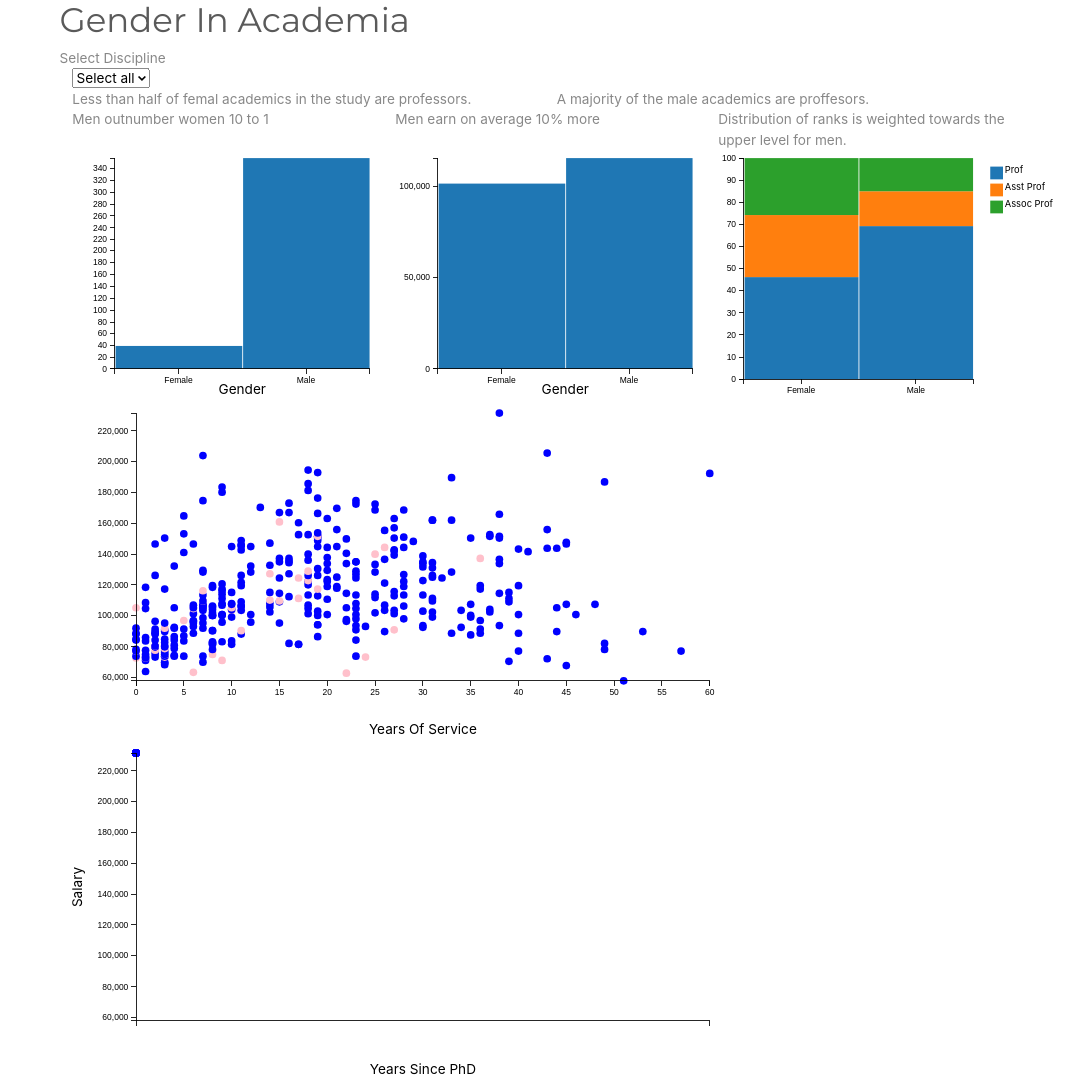
Repository: luke0han/dashboard-project
Page: index.html
The author's editor kept a record of every edit. The page is drawn from the files as they stood at one moment, then again after the next edit.
The browser window is 1280 px wide. The pictures show the whole page, at 85% of full size.

Above is the page before.

### index.html
<!DOCTYPE html>
<html lang="en">

<head>
    <meta charset="UTF-8">
    <meta name="viewport" content="width=device-width, initial-scale=1.0">
    <meta http-equiv="X-UA-Compatible" content="ie=edge">
    <title>Gender In Academia</title>

    <link rel="stylesheet" href="static/css/bootstrap.min.css" type="text/css" />
    <link rel="stylesheet" href="static/css/dc.min.css" />
    <link rel="stylesheet" href="static/css/style.css" type="text/css" />

    <script type="text/javascript" src="static/js/d3.min.js"></script>
    <script type="text/javascript" src="static/js/crossfilter.min.js"></script>
    <script type="text/javascript" src="static/js/dc.min.js"></script>
    <script type="text/javascript" src="static/js/queue.min.js"></script>
    <script type="text/javascript" src="static/js/graph.js"></script>

</head>

<body>
    <div class="container">

        <div class="row">
            <h1>Gender In Academia</h1>
        </div>

        <div class="row">
            <div class="col-md-offset-5">Select Discipline</div>
        </div>

        <div class="row">
            <div class="col-md-offset-5" id="discipline-selector"></div>
        </div>

        <div class="row">
            <div class="col-md-6 number-box" id="percent-of-women-professors"></div>
            <div class="col-md-6 number-box" id="percent-of-men-professors"></div>
        </div>

        <div class="row">
            <div class="col-md-6">Less than half of femal academics in the study are professors.</div>
            <div class="col-md-6">A majority of the male academics are proffesors.</div>
        </div>

        <div class="row">
            <div class="col-md-4">Men outnumber women 10 to 1</div>
            <div class="col-md-4">Men earn on average 10% more</div>
            <div class="col-md-4">Distribution of ranks is weighted towards the upper level for men.</div>
        </div>
        <div class="row">
            <div class="col-md-4" id="gender-balance"></div>
            <div class="col-md-4" id="average-salary"></div>
            <div class="col-md-4" id="rank-distribution"></div>
        </div>


        <div id="service-salary"></div>

        <div id="phd-salary"></div>
    </div>

</body>

</html>

### static/css/style.css
.navbar-default {
	background-image: none;
	margin-bottom: 0;
}

.section-heading, #discipline-selector {
	display: inline-block;
	float: none;
	margin: 0;
}

.section-heading {
	margin-bottom: 50px;
}

#discipline-selector {
	margin-left: 15px;
}

.number-box {
	margin-right: 75px;
}

.number-box, .fa.fa-gender {
    font-size: 30px;
    font-weight: 500;
}

.fa-gender {
	margin-right: 10px;
}

.custom-chart {
	margin-bottom: 40px;
}

.section {
	border-bottom: 1px solid #e6e6e6;
	padding: 30px 0;
}

.section-paragraph {
	line-height: 1.2;
}

### static/js/graph.js
queue()
    .defer(d3.csv, "data/Salaries.csv")
    .await(makeGraphs);

function makeGraphs(error, salaryData) {
    var ndx = crossfilter(salaryData);

    salaryData.forEach(function(d){
        d.salary = parseInt(d.salary);
        d.yrs_since_phd = parseInt(d["yrs.service.phd"]);
        d.yrs_service = parseInt(d["yrs.service"]);
    })

    show_discipline_selector(ndx);

    show_percent_that_are_professors(ndx, "Female", "#percentage-of-women-prefessors");
    show_percent_that_are_professors(ndx, "Male", "#percentage-of-men-prefessors");

    show_gender_balance(ndx);
    show_average_salary(ndx);
    show_rank_distribution(ndx);
    show_phd_to_salary_correlation(ndx);
    show_service_to_salary_correlation(ndx);

    dc.renderAll();

}

function show_discipline_selector(ndx) {
    var dim = ndx.dimension(dc.pluck('discipline'));
    var group = dim.group();

    dc.selectMenu("#discipline-selector")
        .dimension(dim)
        .group(group);

}

function show_percent_that_are_professors(ndx, gender, element) {
    var percentageThatAreProf = ndx.groupAll().reduce(
        function(p, v) {
            if (v.sex === gender) {
                p.count++;
                if(v.rank === "Prof") {
                    p.are_prof++;
                }
            }
            return p;
        },
        function(p, v) {
            if (v.sex === gender) {
                p.count--;
                if(v.rank === "Prof") {
                    p.are_prof--;
                }
            }
            return p;
        },
        function() {
            return {count: 0, are_prof: 0};
        },
    );

    dc.numberDisplay(element)
        .formatNumber(d3.format(".2%"))
        .valueAccessor(function (d) {
            if (d.count == 0) {
                return 0;
            } else {
                return (d.are_prof / d.count);
            }
        })
        .group(percentageThatAreProf)
}

function show_gender_balance(ndx) {
    var dim = ndx.dimension(dc.pluck('sex'));
    var group = dim.group();

    dc.barChart("#gender-balance")
        .width(400)
        .height(300)
        .margins({top: 10, right: 50, bottom: 30, left: 50})
        .dimension(dim)
        .group(group)
        .transitionDuration(500)
        .x(d3.scale.ordinal())
        .xUnits(dc.units.ordinal)
        .xAxisLabel("Gender")
        .yAxis().ticks(20);
}

function show_average_salary(ndx) {
    var dim = ndx.dimension(dc.pluck('sex'));

    function add_item(p, v) {
        p.count++;
        p.total += v.salary;
        p.average = p.total / p.count;
        return p;
    }

    function remove_item(p, v) {
        p.count--;
        if(p.count == 0) {
            p.total = 0;
            p.average = 0;
        } else {
            p.total -= v.salary;
            p.average = p.total / p.count;
        }
        return p;
    }

    function initialise() {
        return {count: 0, total: 0, average: 0};
    }

    var averageSalaryByGender = dim.group().reduce(add_item, remove_item, initialise);

    dc.barChart("#average-salary")
        .width(400)
        .height(300)
        .margins({top: 10, right: 50, bottom: 30, left: 50})
        .dimension(dim)
        .group(averageSalaryByGender)
        .valueAccessor(function(d){
            return d.value.average.toFixed(2); //or round to int
        })
        .transitionDuration(500)
        .x(d3.scale.ordinal())
        .xUnits(dc.units.ordinal)
        .elasticY(true)
        .xAxisLabel("Gender")
        .yAxis().ticks(4);
}

function show_rank_distribution(ndx) {


    function rankByGender(dimension, rank) {
        return dimension.group().reduce(
            function (p, v) {
                p.total++;
                if(v.rank == rank) {
                    p.match++;
                }
                return p;
            },
            function (p, v) {
                p.total--;
                if(v.rank == rank) {
                    p.match--;
                }
                return p;
            },
            function () {
                return {total: 0, match: 0};
            }
        );
    }

    var dim = ndx.dimension(dc.pluck("sex"));
    var profByGender = rankByGender(dim, "Prof");
    var asstProfByGender = rankByGender(dim, "AsstProf");
    var assocProfByGender = rankByGender(dim, "AssocProf");

    dc.barChart("#rank-distribution")
        .width(400)
        .height(300)
        .dimension(dim)
        .group(profByGender, "Prof")
        .stack(asstProfByGender, "Asst Prof")
        .stack(assocProfByGender, "Assoc Prof")
        .valueAccessor(function(d) {
            if(d.value.total > 0) {
                return (d.value.match / d.value.total) * 100;
            } else {
                return 0;
            }
        })
        .x(d3.scale.ordinal())
        .xUnits(dc.units.ordinal)
        .legend(dc.legend().x(320).y(20).itemHeight(15).gap(5))
        .margins({top: 10, right: 100, bottom: 30, left: 30});
}

function show_service_to_salary_correlation(ndx) {

    var genderColors = d3.scale.ordinal()
        .domain(["Female", "Male"])
        .range(["pink", "blue"]);

    var yrsDim = ndx.dimension(dc.pluck("yrs_service"));
    var experienceDim = ndx.dimension(function(d) {
       return [d.yrs_service, d.salary, d.rank, d.sex];
    });
    var experienceSalaryGroup = experienceDim.group();

    var minExperience = yrsDim.bottom(1)[0].yrs_service;
    var maxExperience = yrsDim.top(1)[0].yrs_service;

    dc.scatterPlot("#service-salary")
        .width(800)
        .height(400)
        .x(d3.scale.linear().domain([minExperience, maxExperience]))
        .brushOn(false)
        .symbolSize(8)
        .clipPadding(10)
        .xAxisLabel("Years Of Service")
        .title(function(d) {
            return d.key[2] + " earned " + d.key[1];
        })
        .colorAccessor(function (d) {
            return d.key[3];
        })
        .colors(genderColors)
        .dimension(experienceDim)
        .group(experienceSalaryGroup)
        .margins({top: 10, right: 50, bottom: 75, left: 75});
}

function show_phd_to_salary_correlation(ndx) {

    var genderColors = d3.scale.ordinal()
        .domain(["Female", "Male"])
        .range(["pink", "blue"]);

    var pDim = ndx.dimension(dc.pluck("yrs_service_phd"));
    var phdDim = ndx.dimension(function(d) {
       return [d.yrs_service_phd, d.salary, d.rank, d.sex];
    });
    var phdSalaryGroup = phdDim.group();

    var minPhd = pDim.bottom(1)[0].yrs_since_phd;
    var maxPhd = pDim.top(1)[0].yrs_since_phd;

    dc.scatterPlot("#phd-salary")
        .width(800)
        .height(400)
        .x(d3.scale.linear().domain([minPhd, maxPhd]))
        .brushOn(false)
        .symbolSize(8)
        .clipPadding(10)
        .yAxisLabel("Salary")
        .xAxisLabel("Years Since PhD")
        .title(function(d) {
            return d.key[2] + " earned " + d.key[1];
        })
        .colorAccessor(function (d) {
            return d.key[3];
        })
        .colors(genderColors)
        .dimension(phdDim)
        .group(phdSalaryGroup)
        .margins({top: 10, right: 50, bottom: 75, left: 75});
}

Loaded but not shown: static/css/bootstrap.min.css (library); static/css/dc.min.css (library); static/js/d3.min.js (library); static/js/crossfilter.min.js (library); static/js/dc.min.js (library); static/js/queue.min.js (common file)

After the next edit:
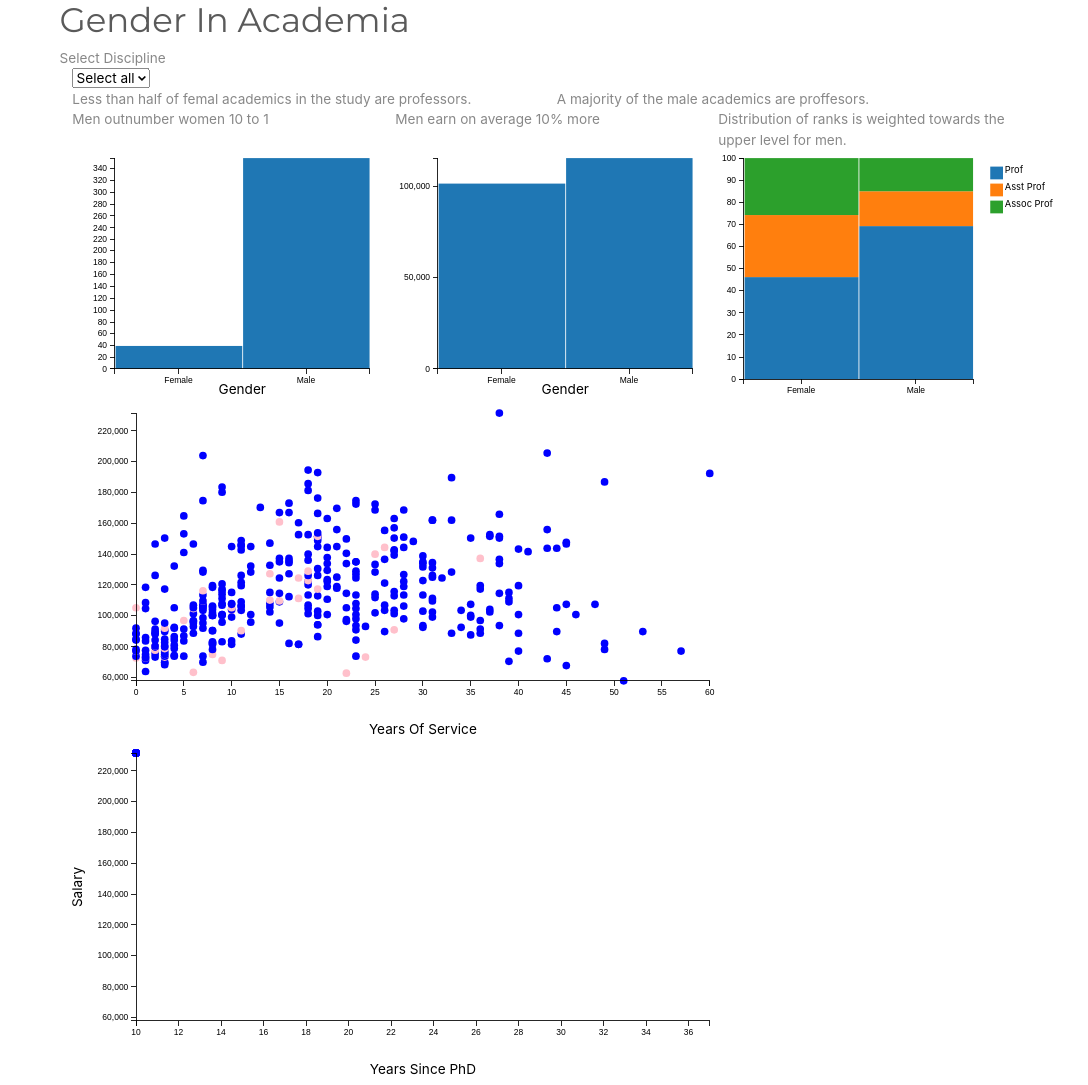
The edit:
--- a/static/js/graph.js
+++ b/static/js/graph.js
@@ -7,7 +7,7 @@
 
     salaryData.forEach(function(d){
         d.salary = parseInt(d.salary);
-        d.yrs_since_phd = parseInt(d["yrs.service.phd"]);
+        d.yrs_since_phd = parseInt(d["yrs.since.phd"]);
         d.yrs_service = parseInt(d["yrs.service"]);
     })
 
